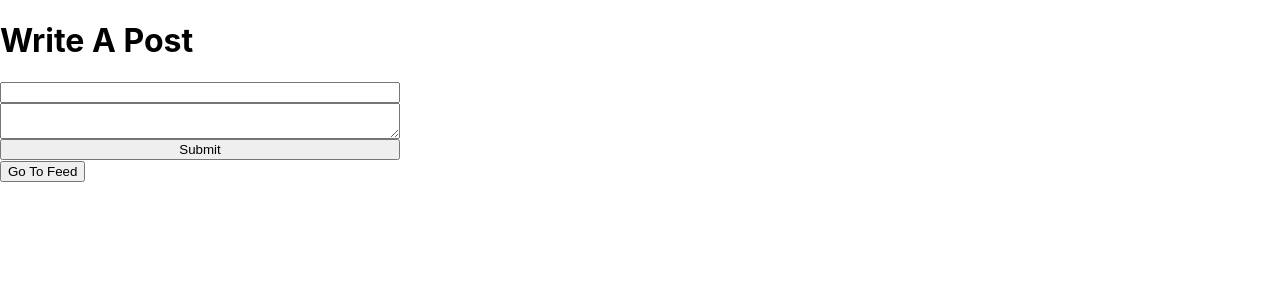
Repository: shaelorch/comp-week4
Page: /addPosts
The author's editor kept a copy of each file at every save. The page is drawn from the files as they stood at one save, then again after the next save.
The browser window is 1280 px wide. The pictures show the whole page.
The project was rebuilt for these pictures with package versions that can differ from the ones it lists, and the page was loaded fresh each time. The framework's server and built-in components were replaced by stand-ins that run in the browser. Also part of the build but not shown: next.config.js.

Above is the page before, as saved 2023-01-31 23:05:18.

### pages/addPosts.js
import { useState } from 'react'
import axios from 'axios'
import { useEffect } from 'react'

export default function Home({posts}) {
    const [title, setTitle] = useState('')
    const [content, setContent] = useState('')

  const handleSubmit = async (e) => {
  e.preventDefault()
  const res = await axios.post('/api/posts', { title, content })
    console.log(res.data)
  }

  return <div style={{display:'flex', justifyContent:'center', flexDirection:'column'}}>
  <h1>Write A Post</h1>

        <form onSubmit={handleSubmit} style={{display: "flex", flexDirection: "column", maxWidth: "400px"}}>
          <input type="text" value={title} onChange={(e) => setTitle(e.target.value)} />
          <textarea value={content} onChange={(e) => setContent(e.target.value)} />


            <button type="submit">Submit</button>
        </form>
        <a href='/'>
            <button>Go To Feed</button>
        </a>


    </div>
  }

Loaded but not shown: pages/_app.js (common file); styles/globals.css (common file)

After the next save:
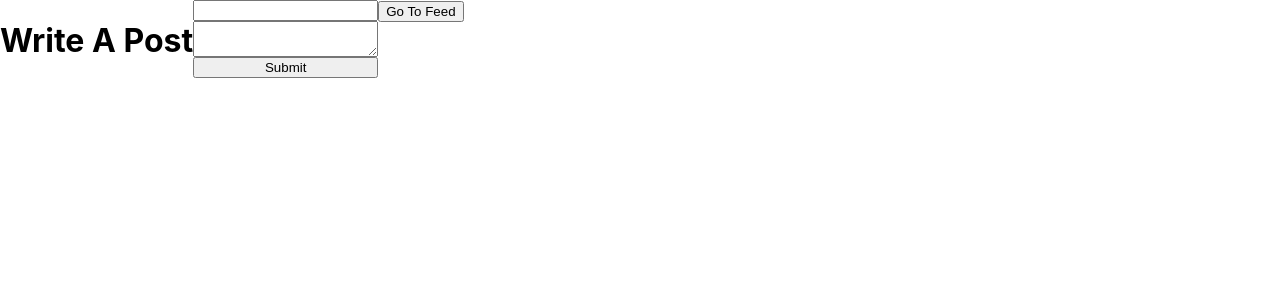
Saved 9 s later.
--- a/pages/addPosts.js
+++ b/pages/addPosts.js
@@ -12,7 +12,7 @@ export default function Home({posts}) {
     console.log(res.data)
   }
 
-  return <div style={{display:'flex', justifyContent:'center', flexDirection:'column'}}>
+  return <div style={{display:'flex', alignContent:'center', }}>
   <h1>Write A Post</h1>
 
         <form onSubmit={handleSubmit} style={{display: "flex", flexDirection: "column", maxWidth: "400px"}}>
